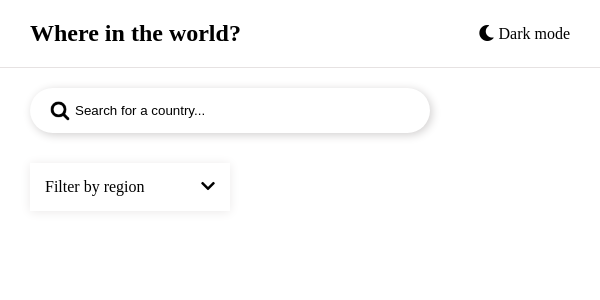
Repository: Eugene44-hub/countryProj
Page: index.html
These files come from the project's save history. The page is drawn as it stood at one moment and after the next save; the edit follows.
The browser window is 600 px wide. The pictures show the whole page.
The page's requests for data from a server got no answer.

Above is the page before, as saved 2021-10-10 21:13:57.

### index.html
<!DOCTYPE html>
<html lang="en">

<head>
    <link rel="stylesheet" href="css/all.css">
    <link rel="stylesheet" href="style.css">
    <meta charset="UTF-8">
    <meta http-equiv="X-UA-Compatible" content="IE=edge">
    <meta name="viewport" content="width=device-width, initial-scale=1.0">
    <title>Document</title>
</head>
<div class="header-container">
    <header>
        <h2>Where in the world?</h2>
        <div class="mode"><i class="fas fa-moon"></i> Dark mode</div>
    </header>

</div>

<body>
    <div class="container">
        <div class="search-filter">
            <label for="search">
                     <input type="text" placeholder="Search for a country..." id="search">
            </label>



            <div class="select">
                <div class="default-text">Filter by region <i class="fas fa-chevron-down"></i>
                </div>
                <ul>
                    <li id="asia">Asia</li>
                    <li id='europe'>Europe</li>
                    <li id="africa">Africa</li>
                    <li id="oceania">Oceania</li>
                    <li id="america">America</li>
                </ul>
            </div>

        </div>
        <div class="country-container">

            <div class="countries">


            </div>
        </div>
    </div>

</body>

<script src="data.js"></script>
<script src="app.js"></script>
<script src="UI.js"></script>

</html>

### style.css
* {
    padding: 0;
    margin: 0;
    box-sizing: border-box;
}

.container {
    width: 80%;
    margin: auto;
}

.countries {
    display: flex;
    flex-wrap: wrap;
    justify-content: space-between;
    margin: auto;
}

img {
    width: 100%;
    height: 150px;
    border-bottom-left-radius: 0px;
    border-bottom-right-radius: 0px;
    border-top-right-radius: 5px;
    border-top-left-radius: 5px;
}

.country {
    width: 265px;
    margin: 20px 0;
    border-radius: 10px;
}

.about-country {
    padding: 0px 20px;
    line-height: 2;
    margin-bottom: 20px;
}

h3 {
    font-size: small
}

.country {
    box-shadow: 2px 4px 15px rgb(235, 235, 235), -2px 0px 15px rgb(235, 235, 235);
}

#name {
    font-weight: bold;
    line-height: 5;
    font-size: 16px
}

span {
    font-weight: bold;
}

#population,
#region,
#capital {
    font-size: 14px;
}

header {
    display: flex;
    justify-content: space-between;
    width: 80%;
    margin: 20px auto;
    align-items: center;
}

.header-container {
    border-bottom: 1px solid rgb(230, 226, 226);
}

input {
    padding: 15px;
    width: 300px;
    border-radius: 50px;
}

.search-filter {
    display: flex;
    flex-wrap: wrap;
    flex: 100%;
    justify-content: space-between;
    margin: 20px 0;
}

ul {
    list-style: none;
    position: absolute;
    background-color: white;
    box-shadow: 1px 4px 10px rgb(184, 178, 178);
    display: none;
    margin: 0 0;
    border-radius: 0 0px 5px 5px;
}

@keyframes margin {
    from {
        margin: 0;
        opacity: 0;
    }
    to {
        margin: 10px 0;
        opacity: 1;
    }
}

.select:hover ul {
    display: block;
    cursor: pointer;
    animation: margin .2s;
    margin: 1px 0;
}

li:hover {
    background-color: rgb(111, 111, 247);
    color: white;
    transition: all .5s;
}

.select {
    background-color: white;
    box-shadow: 0px 1px 10px rgb(235, 233, 233);
}

li,
.default-text {
    padding: 15px;
    position: relative;
    cursor: pointer;
    width: 200px;
}

.fa-chevron-down {
    float: right;
}

::placeholder {
    color: black;
    padding-left: 30px;
}

#search {
    background-image: url('search\ icon.png');
    background-size: 20px;
    background-repeat: no-repeat;
    background-position-y: center;
    background-position-x: 20px;
    border: none;
    outline: none;
    box-shadow: 2px 2px 10px rgb(209, 207, 207);
    width: 400px;
}

#search:focus {
    background-image: none;
}

@media screen and (max-width:720px) {
    .countries {
        justify-content: center;
    }
    .select {
        margin: 30px 0;
    }
    header {
        width: 90%;
    }
    .container {
        width: 90%;
    }
}


/*

#europe {
    line-height: 6;
}

#africa {
    line-height: 11;
}

#oceania {
    line-height: 16;
}

#america {
    line-height: 21;
} */


/* # Front-end Style Guide

## Layout

The designs were created to the following widths:

- Mobile: 375px
- Desktop: 1440px

## Colors

### Neutral

- Dark Blue (Dark Mode Elements): hsl(209, 23%, 22%)
- Very Dark Blue (Dark Mode Background): hsl(207, 26%, 17%)
- Very Dark Blue (Light Mode Text): hsl(200, 15%, 8%)
- Dark Gray (Light Mode Input): hsl(0, 0%, 52%)
- Very Light Gray (Light Mode Background): hsl(0, 0%, 98%)
- White (Dark Mode Text & Light Mode Elements): hsl(0, 0%, 100%)

## Typography

### Body Copy

- Homepage Items: 14px
- Detail Page: 16px

### Fonts

- Family: [Nunito Sans](https://fonts.google.com/specimen/Nunito+Sans)
- Weights: 300, 600, 800

## Icons

For the icons, you can use a font icon library. Don't worry if the icons that you choose don't look exactly like they do on the design.

Some suggestions can be found below:

- [Font Awesome](https://fontawesome.com)
- [IcoMoon](https://icomoon.io)
- [Ionicons](https://ionicons.com) */


/*
com) - [IcoMoon](https: //icomoon.io)
- [Ionicons](https: //ionicons.com) */

### data.js
const url = 'https://restcountries.com/v3.1/all';

class Country {
    getCountries = async function() {
        const response = await fetch(url);
        const data = await response.json();

        return {
            data
        }
    }
}

### app.js
const country = new Country;
const search = document.querySelector('#search');
country.getCountries()
    .then(data => {
        const ui = new UI(data.data)
        ui.display();
        console.log(data.data[1].name.common)

    })

search.addEventListener('input', e => {
    UI.searchDisplay(search)
    console.log(search)
})

### UI.js
class UI {
    constructor(country) {
        this.country = country;
    }

    display() {
        let countries = document.querySelector('.countries');
        let output = '';
        let zero = 0;
        for (let i = 0; i < this.country.length; i++) {


            if (this.country[i].capital === undefined) {
                output += `
              <div class="country">
              <div class="image">
             <img src=${this.country[i].flags.png}>
              </div>
              <div class="about-country">
              <p id=name>${this.country[i].name.common}</p>
              <p id="population">Population: ${this.country[i].population}</p>
                  <p id="region">Region: ${this.country[i].region}</p>
                  <p id="capital">Capital: No capital</p>
              </div>
          </div>`
            } else {
                output += `
              <div class="country">
              <div class="image">
             <img src=${this.country[i].flags.png}>
              </div>
              <div class="about-country">
              <p id=name>${this.country[i].name.common}</p>
                  <p id="population"><span>Population</span>: ${this.country[i].population}</p>

                  <p id="region"><span>Region</span>: ${this.country[i].region}</p>

                  <p id="capital"><span>Capital</span>: ${this.country[i].capital[0]}</p>
              </div>
          </div>`
            }
        }
        countries.innerHTML = output
    }
    static searchDisplay(input) {
        if (input.value !== '') {
            input.style.backgroundImage = 'none';
        } else {
            input.style.backgroundImage = `url('search\ icon.png')`;
        }
    }
}



/*  */

Loaded but not shown: css/all.css (library)

After the next save:
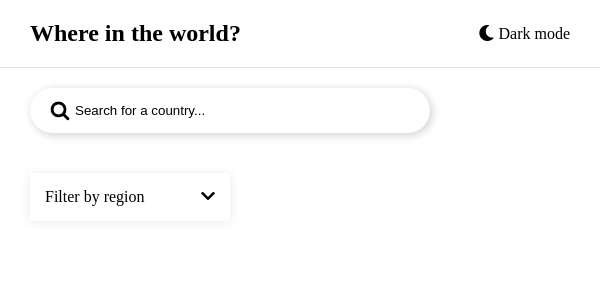
Saved 6 s later.
--- a/style.css
+++ b/style.css
@@ -164,7 +164,7 @@ li,
         justify-content: center;
     }
     .select {
-        margin: 30px 0;
+        margin: 40px 0;
     }
     header {
         width: 90%;
